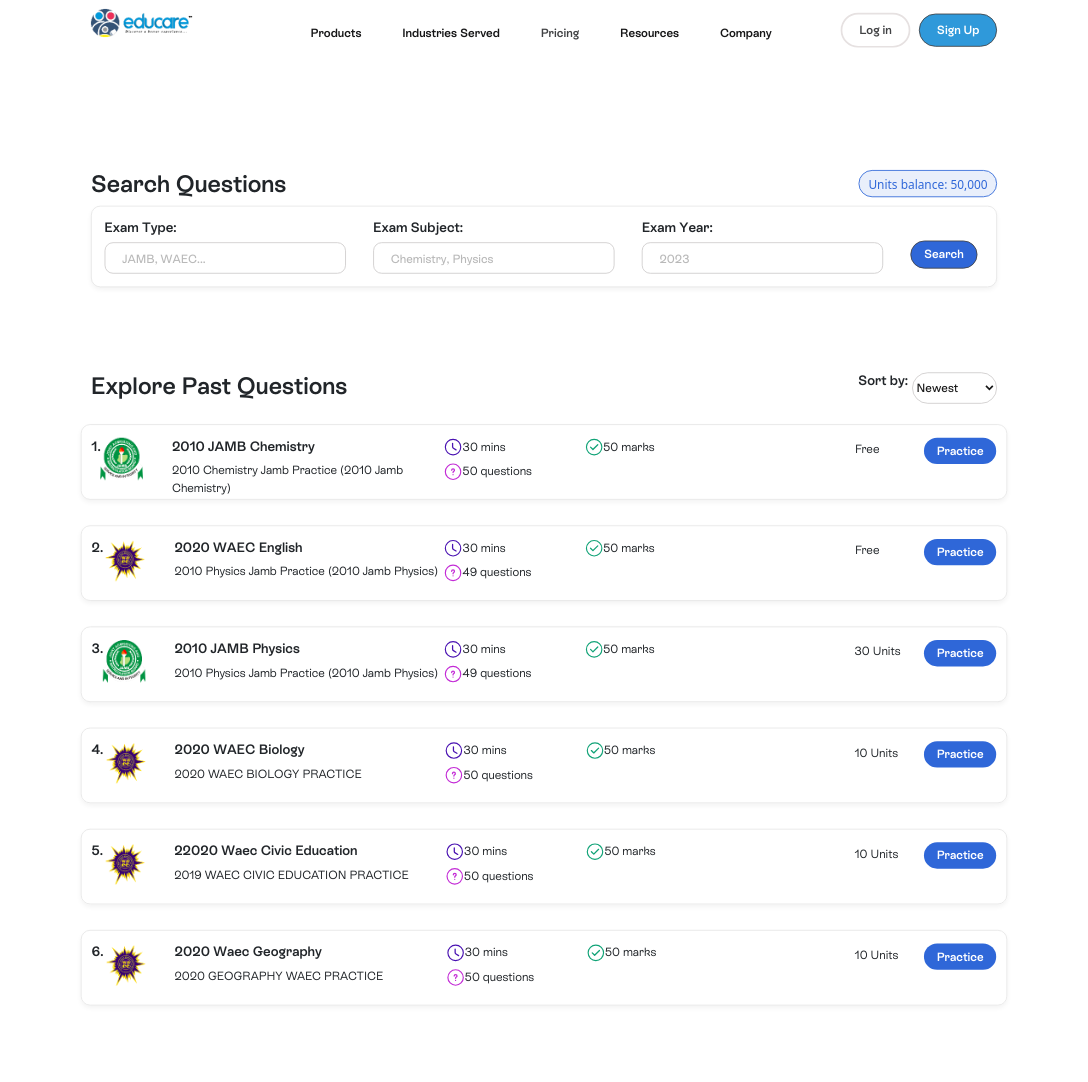
Repository: sarahnnanyelugo/educare-cbt
Page: /exam-list
These files come from the project's save history. The page is drawn as it stood at one moment and after the next save; the edit follows.
The browser window is 1280 px wide. The pictures show the whole page, at 85% of full size.
The project was rebuilt for these pictures with package versions that can differ from the ones it lists, and the page was loaded fresh each time. Also part of the build but not shown: src/components/Form/Form.js, src/pages/AuthenticationPage/auth.scss, src/pages/AuthenticationPage/AuthenticationPage.js, src/components/TestModal/test-modal.scss, src/components/Navbar/Navbar.js, src/components/EducareNavBar/MobileDrop/Mobile-drop.js, src/pages/TestInstructions/TestInstructions.js, src/TestData/walletData.js and 35 more. Imported but missing from the stored project, and not drawn on this page: src/components/Form/Password, src/components/GoogleButton/GoogleButton.

Above is the page before, as saved 2023-11-12 19:47:04.

After the next save:
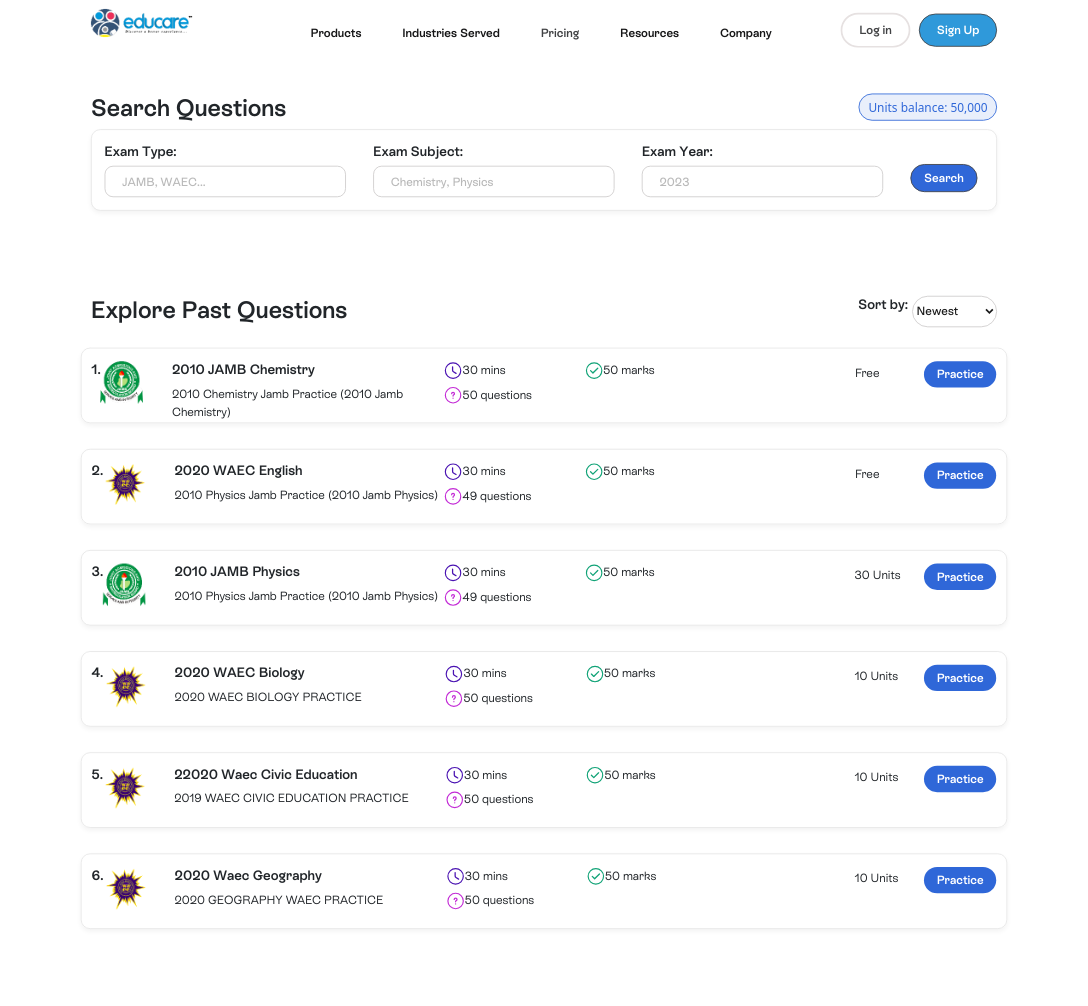
Saved 11 s later.
--- a/src/pages/ExamList/ExamList.js
+++ b/src/pages/ExamList/ExamList.js
@@ -22,7 +22,7 @@
       <div>
         {location.pathname === "/home" ? <Navbar /> : <EducareNavBar />}
       </div>
-      <div className="home-div col-md-10 offset-md-1 mt">
+      <div className="home-div col-md-10 offset-md-1 mt5">
         <div className="flexy flexyM unit">
           <h3>Search Questions</h3>
           <button>Units balance: 50,000</button>
